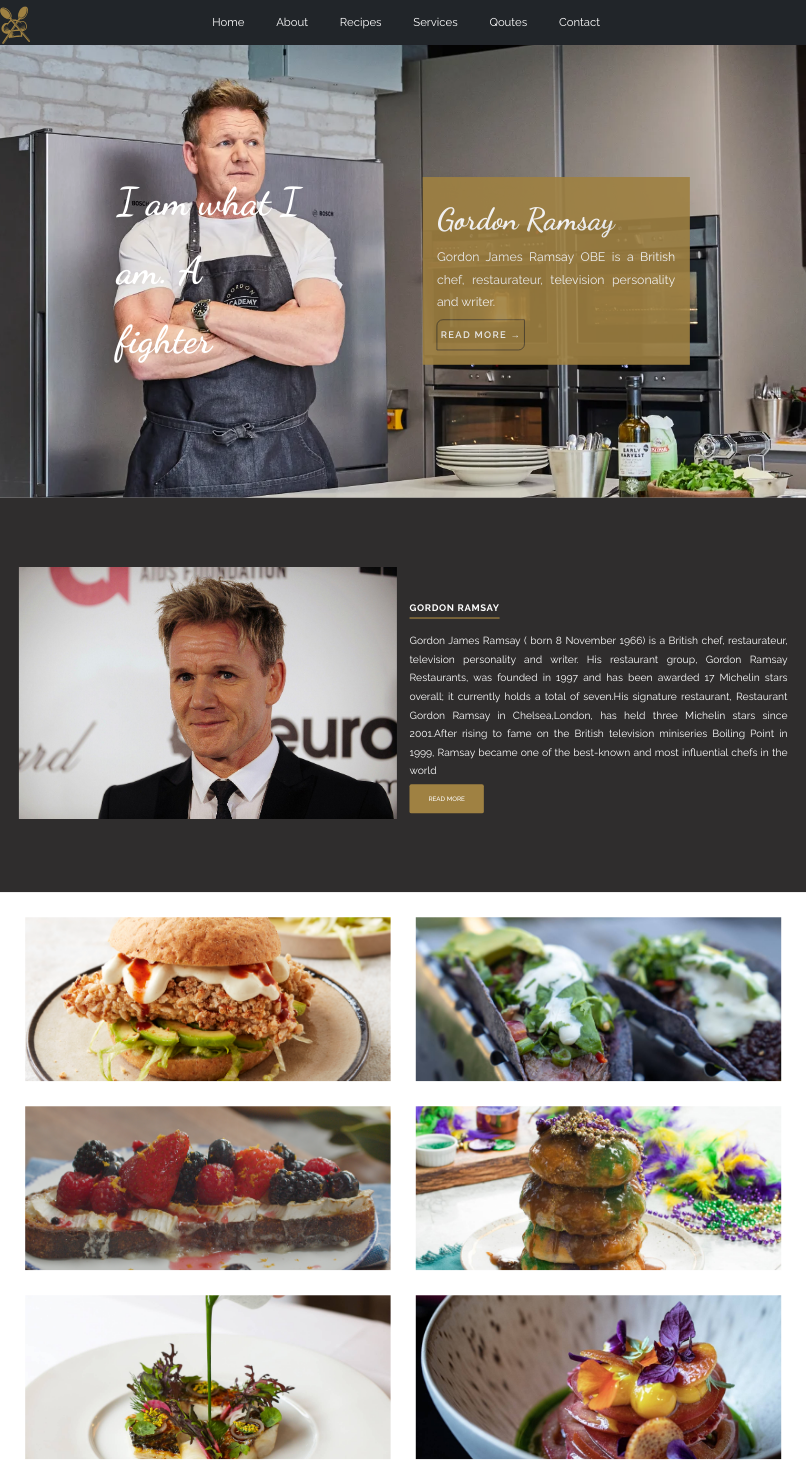
Repository: Esraa22M/Gordon-Ramsay-Biography
Page: index.html
These files come from the project's save history. The page is drawn as it stood at one moment and after the next save; the edit follows.
The browser window is 1280 px wide. The pictures show the whole page, at 63% of full size.
Backgrounds fixed to the window are drawn as part of the page. Some web libraries are served in a nearby version.

Above is the page before, as saved 2022-12-19 12:10:39.

### index.html
<!DOCTYPE html>
<html lang="en">

<head>
    <meta charset="UTF-8">
    <meta http-equiv="X-UA-Compatible" content="IE=edge">
    <meta name="viewport" content="width=device-width, initial-scale=1.0">
    <title>Gordon-Ramsay-Biography
    </title>
    <!-- google fonts -->
    <link rel="preconnect" href="https://fonts.googleapis.com">
    <link rel="preconnect" href="https://fonts.gstatic.com" crossorigin>
    <link
        href="https://fonts.googleapis.com/css2?family=Dancing+Script:wght@400;500;600;700&family=Raleway:ital,wght@0,100;0,200;0,300;0,400;0,500;0,600;0,700;0,800;0,900;1,100;1,200;1,300;1,400;1,500;1,600;1,700;1,800;1,900&display=swap"
        rel="stylesheet">
    <link href="https://fonts.googleapis.com/css2?family=Dancing+Script:wght@400;500;600;700&display=swap"
        rel="stylesheet">

    <!-- external style -->
    <link rel="stylesheet" href="style.css" />
    <!-- fontawsome -->
    <script src="https://kit.fontawesome.com/8684e53235.js" crossorigin="anonymous"></script>
    <!-- scripts -->
    <script src="main.js" defer></script>
</head>

<body>
    <!-- Asidebar Nav-->
    <!-- <aside id="aside-nav">
        <div class="aside--nav__content">
            <img src="./img/chef-logo.svg" alt="side Navbar logo" class="aside--nav__content__logo" loading="lazy">

            <nav class="aside-nav__content__nav" role="side nav">
                <ul class="aside--nav__content__nav--social">
                    <li><a href="#"><i class="fab fa-facebook-f"></i></a></li>
                    <li><a href="#"><i class="fab fa-twitter"></i></a></li>
                    <li><a href="#"><i class="fab fa-linkedin-in"></i></a></li>
                    <li><a href="#"><i class="fab fa-instagram"></i></a></li>
                    <li><a href="#"><i class="fab fa-dribbble"></i></a></li>
                    <li><a href="#"><i class="fa-brands fa-pinterest"></i></a></li>
                </ul>
            </nav>
        </div>
    </aside> -->
    <!-- Main Content -->
    <main>
        <header id="header">
            <div class="primary-nav-container">
                <img src="./img/chef-logo.svg" alt="side Navbar logo" class="aside--nav__content__logo" loading="lazy">

                <!-- hamburger icon -->
                <div class="header__primary-nav--hamburger">
                    <div class="line line-1"></div>
                    <div class="line line-2"></div>
                    <div class="line line-3"></div>
                </div>
                <!-- Primary Nav -->
                <nav id="header__primary-nav">

                    <ul class="header__primary-nav-links">
                        <li class="header__primary-nav-links--link-item"><a href="#"
                                class="header__primary-nav--nav-link">Home</a></li>
                        <li class="header__primary-nav-links--link-item"><a href="#"
                                class="header__primary-nav--nav-link">About</a></li>
                        <li class="header__primary-nav-links--link-item"><a href="#"
                                class="header__primary-nav--nav-link">Recipes</a></li>
                        <li class="header__primary-nav-links--link-item"><a href="#"
                                class="header__primary-nav--nav-link">Services</a></li>
                        <li class="header__primary-nav-links--link-item"><a href="#"
                                class="header__primary-nav--nav-link">Qoutes</a></li>
                        <li class="header__primary-nav-links--link-item"><a href="#"
                                class="header__primary-nav--nav-link">Contact</a></li>
                    </ul>
                </nav>
            </div>
        </header>
        <!-- hero section -->
        <section id="show-case">
            <h1 class="show-case__word">I am what I am. A fighter</h1>
            <div class="show-case__content">
                <h1 class="show-case__content-title"> Gordon Ramsay
                </h1>
                <p class="show-case__content--bio">Gordon James Ramsay OBE is a British chef,
                    restaurateur, television personality and
                    writer.
                </p>
                <a href="#" class="show-case__content--link">Read More &#8594
                </a>
            </div>
        </section>
        <!-- About me section -->
        <section id="about-chef">
            <div class="about-chef__img">
                <img src="./img/Dishes/aboutMe.jpg" alt="Gorden Ramzy" />
            </div>
            <div class="about-chef__content">
                <h2 class="about-chef__content--header"> Gordon Ramsay</h2>
                <p class="about-chef__content--description">Gordon James Ramsay ( born 8 November 1966) is a British
                    chef, restaurateur, television personality and writer. His restaurant group, Gordon Ramsay Restaurants, was founded in 1997 and has been awarded 17
                    Michelin stars overall; it currently holds a total of seven.His signature restaurant, Restaurant Gordon Ramsay in
                    Chelsea,London, has held three Michelin stars since 2001.After rising to fame on the British television
                    miniseries Boiling Point in 1999, Ramsay became one of the best-known and most influential chefs in the world</p>

                <a href="#" class="about-chef__content--link">Read More</a>
            </div>
        </section>
        <!-- work section -->
        <section id="work">
            <div class="work__card">
                <img src="./img/Dishes/California-fried-chicken-sandwich.png" alt="recipe" class="recipe__image"loading="lazy" />
                <section id="recipe">
                    <h2 class="recipe__name">CALIFORNIA ‘FRIED’ CHICKEN SANDWICH
                    </h2>
                    <p class="recipe__description">
                        Recipes extracted from Gordon Ramsay’s Ultimate Fit Food by Gordon Ramsay, published by Hodder &
                        Stoughton,
                    </p>
                </section>
            </div>
            <div class="work__card">
                <img src="./img/Dishes/CroppedFocusedImage.jpg" alt="recipe" class="recipe__image" loading="lazy" />
                <section id="recipe">
                    <h2 class="recipe__name">TEXAS HANGER STEAK TACOS WITH PICO DE GALLO FROM RAMSAY AROUND THE WORLD

                    </h2>
                    <p class="recipe__description">
                        Recipes extracted from Gordon Ramsay’s Ultimate Fit Food by Gordon Ramsay, published by Hodder &
                        Stoughton,
                    </p>
                </section>
            </div>
            <div class="work__card">
                <img src="./img/Dishes/FruitsCake.png" alt="recipe" class="recipe__image"loading="lazy" />
                <section id="recipe">
                    <h2 class="recipe__name">MELTED BRIE TOAST WITH MACERATED BERRIES


                    </h2>
                    <p class="recipe__description">
                        Recipes extracted from Gordon Ramsay’s Ultimate Fit Food by Gordon Ramsay, published by Hodder &
                        Stoughton,
                    </p>
                </section>
            </div>
            <div class="work__card">
                <img src="./img/Dishes/KingCake.jpg" alt="recipe" class="recipe__image"loading="lazy" />
                <section id="recipe">
                    <h2 class="recipe__name">MINI KING CAKE STACK WITH MAPLE PECAN GLAZE
                    </h2>
                    <p class="recipe__description">
                        Recipes extracted from Gordon Ramsay’s Ultimate Fit Food by Gordon Ramsay, published by Hodder &
                        Stoughton,
                    </p>
                </section>
            </div>
            <div class="work__card">
                <img src="./img/Dishes/Lean-MACHINE-chicken-skewers.jpg" alt="recipe" class="recipe__image"loading="lazy" />
                <section id="recipe">
                    <h2 class="recipe__name">PIMENTO DIP
                    </h2>
                    <p class="recipe__description">
                        Recipes extracted from Gordon Ramsay’s Ultimate Fit Food by Gordon Ramsay, published by Hodder &
                        Stoughton,
                    </p>
                </section>
            </div>
            <div class="work__card">
                <img src="./img/Dishes/Mushroomtoast.jpg" alt="recipe" class="recipe__image"loading="lazy" />
                <section id="recipe">
                    <h2 class="recipe__name">PUERTO RICAN STYLE STEAK SANDWICH FROM RAMSAY AROUND THE WORLD
                    </h2>
                    <p class="recipe__description">
                        Recipes extracted from Gordon Ramsay’s Ultimate Fit Food by Gordon Ramsay, published by Hodder &
                        Stoughton,
                    </p>
                </section>
            </div>
        </section>

    </main>
</body>

</html>

### style.css
*,
*::after,
*::before {
  box-sizing: border-box;
  margin: 0;
  padding: 0;
}
/* utility components */
:root {
  font-size: 62.5%;
  /* colors */
  --clr-neutral-200: rgb(47, 45, 45);
  --clr-neutral-100: #212529;
  --clr-light: #ffff;
  --clr-primary: rgb(159, 129, 66);
  --ff-primary: "Raleway", sans-serif;

  --ff-secondary: "Dancing Script", cursive;
}
body {
  font-family: var(--ff-primary);
  line-height: 1.8;
  display: flex;
  max-width: 100%;
}
ul {
  list-style: none;
}
p{
  white-space:normal;
}
:where(a:link),
:where(a:visited) {
  text-decoration: none;
  cursor: pointer;
  color: var(--clr-light);
}
/* -------------------Main Styling-------*/
/* ---side nav-- */
#aside-nav {
  position: sticky;
  /* top: 0; */
  /* left: 0; */
  z-index: 1100;
  background-color: lightgray;
  /* height: 100vh; */
}
.aside--nav__content {
  display: flex;
  justify-content: space-between;
  /* height: 100vh; */
  /* display: flex;
  flex-direction: column;
  justify-content: space-between;
  background-color: lightgray;
  align-items: center; */
}
.aside-nav__content__nav {
  display: flex;
  flex: 1;
}
.aside-nav__content__nav ul {
  /* height: 100%; */
  display: flex;
  width: 100%;
  justify-content: space-evenly;
  align-items: center;
}
.aside--nav__content__logo {
  margin-top: 1rem;
  height: calc(3vw + 3vh);
  object-fit: cover;
}
/* Main content */
main {
  flex: 1;
}
/* ---Primary Nav ---*/
header#header {
  background-color: var(--clr-neutral-100);
  width: 100%;
  position: sticky;
  top: 0;
  z-index: 1000;
  right: 0;
}
.primary-nav-container {
  display: flex;
  align-items: center;
  justify-content: space-between;
}
@media screen and (min-width: 900px) {
  .navbar__scroll--style {
    background-color: var(--clr-light);
  }
  .navbar__scroll--style-link {
  color: var(--clr-neutral-100);
}
}


:where(#header__primary-nav) {
  height: calc(3vw + 3vh);
  width: 100%;
}
.header__primary-nav-links {
  display: flex;
  height: 100%;
  justify-content: center;
  align-items: center;
}
.header__primary-nav-links .header__primary-nav-links--link-item {
  padding-right: 3vw;
}
.header__primary-nav--nav-link {
  font-size: 1.8rem;
  text-transform: capitalize;
  position: relative;
  padding: 0.2rem 0.6rem;
}
.header__primary-nav--nav-link:link::before,
.header__primary-nav--nav-link:visited::before,
.header__primary-nav--nav-link:link::after,
.header__primary-nav--nav-link:visited::after {
  content: "";
  position: absolute;
  left: 0;
  width: 100%;
  height: 0.25rem;
  background-color: var(--clr-primary);
  transform: scaleX(0);
  transition: transform 0.6s cubic-bezier(1, 0, 0, 1);
}
.header__primary-nav--nav-link:link::before,
.header__primary-nav--nav-link:visited::before {
  top: 0;
  transform-origin: right;
}
.header__primary-nav--nav-link:link::after,
.header__primary-nav--nav-link:visited::after {
  bottom: 0;
  transform-origin: left;
}
.header__primary-nav--nav-link:hover::before,
.header__primary-nav--nav-link:active::before,
.header__primary-nav--nav-link:hover::after,
.header__primary-nav--nav-link:active::after {
  transform: scaleX(1);
}
/*-------------showcase section---------------*/
section#show-case {
  background-image: url("./img/GRA_Gordon_010921.webp");
  background-size: cover;
  object-fit: cover;
  background-attachment: fixed;
  background-position: 20%;
  height: 100vh;
  color: var(--clr-light);
  display: flex;
  justify-content: space-evenly;
  padding: 5rem 0;
  align-items: center;
}
.show-case__content {
  background-color: var(--clr-primary);
  opacity: 0.9;
  padding: calc(1rem + 1vw);
  min-height: calc(4rem + 20vmax);
  width: calc(4rem + 30vmax);
  display: flex;
  flex-direction: column;
  justify-content: space-between;
  animation: hero 2s ease-in-out;
}
@keyframes hero {
  0% {
    transform: translateX(-60rem) rotate(369deg);
    opacity: 0;
  }
  100% {
    transform: translateX(0);
    opacity: 1;
  }
}
.show-case__word {
  width: 30rem;
  font-size: calc(1rem + 4vw);
}
.show-case__content-title {
  font-size: calc(1rem + 3vw);
}
.show-case__content-title,
.show-case__word {
  font-family: var(--ff-secondary);
}
.show-case__content--bio {
  font-size: calc(1rem + 0.75vw);
  text-align: justify;
}
.show-case__content--link:visited,
.show-case__content--link:link {
  padding: 1rem 0;
  transition: all 0.5s ease-in-out;
  width: 14rem;
  text-align: center;
  margin-top: 1rem;

  text-transform: uppercase;
  font-size: 1.5rem;
  position: relative;
  border: 1px solid var(--clr-neutral-200);
  border-bottom-right-radius: 1rem 1rem;
  border-top-left-radius: 1rem 1rem;
  font-weight: 600;
  letter-spacing: 0.2rem;
}
.show-case__content--link:visited::after,
.show-case__content--link:link::after {
  content: "";
  position: absolute;
  z-index: -2;
  inset: 0;
  background-color: var(--clr-neutral-200);
  transform: scaleX(0);
  transform-origin: right;
  transition: transform 0.4s;
}
.show-case__content--link:visited:hover,
.show-case__content--link:link:hover {
  border-radius: unset;
  border: unset;
}
.show-case__content--link:hover::after,
.show-case__content--link:active::after {
  transform: scaleX(1);
  transform-origin: left;
}

/* work section */
section#work {
  display: flex;
  align-items: center;
  flex-wrap: wrap;
  cursor: pointer;
  justify-content: center;
  padding: 2rem;
}
div.work__card {
  padding: 2rem;
  display: flex;
  flex-direction: column;
  justify-content: center;
  flex-grow: 1;
  flex-basis: 48rem;
  flex-wrap: wrap;
  height: 30rem;
}
div.work__card img {
  width: 100%;
  height: 100%;
  object-fit: cover;
  transition: all 0.5s ease-in-out;
}
.hide-img {
  /* display: none; */
  opacity: 0;
  transform: scale(0);
  display: none;
}
/*recipe*/
:where(#recipe) {
  width: 100%;
  height: 100%;
  display: none;
  transform: scale(0);
  transition: all 0.5s ease-in-out;
  border: 1px solid var(--clr-primary);
}
.show-recipe {
  display: flex;
  flex-direction: column;
  justify-content: center;
  transform: scale(1);
}
#recipe > * {
  font-weight: 400;
  font-family: var(--ff-primary);
  letter-spacing: 0.2px;
  text-align: left;
  padding: 0.5em;
}
.recipe__name {
  border-bottom: 2px solid var(--clr-primary);

  font-size: 3rem;
  text-transform: uppercase;
  line-height: 4rem;
}
.recipe__description {
  font-size: 2em;
}
/* ---About Chef---- */
section#about-chef {
  display: flex;
  justify-content: space-around;
  align-items: center;
  flex-wrap: wrap;
  padding: 10rem 2rem;
  color: var(--clr-light);
  background-color: var(--clr-neutral-200);
}
.about-chef__img,
.about-chef__content {
  flex-basis: 60rem;
  flex-grow: 1;
  padding: 1rem;
}
.about-chef__img img {
  max-width: 100%;
  height: 100%;
  object-fit: cover;
}
.about-chef__content--header {
  text-transform: uppercase;
  position: relative;
  width: fit-content;
  letter-spacing: 0.1rem;
  margin: 2rem 0;
  padding: 0.25em 0;
  flex-grow: 0;
  font-size: var(2rem + 4vw);
}
.about-chef__content--header::after {
  content: "";
  position: absolute;
  width: 100%;
  bottom: 0;
  left: 0;
  height: 0.25rem;
  background-color: var(--clr-primary);
}
.about-chef__content--description {
  font-size: calc(1rem + 0.5vw);
  margin-bottom: 2rem;
  text-align: justify;
}
.about-chef__content--link:link,
.about-chef__content--link:visited {
  background-color: var(--clr-primary);
  line-height: 1.9;
  margin-top: 1em;
  padding: 1.75em 3em;
  font-size: 1rem;
  font-weight: 500;
  text-transform: uppercase;
  border-radius: 0.3em;
  transform: all 0.5s;

  transition-timing-function: linear;
}
.about-chef__content--link:link:hover,
.about-chef__content--link:visited:hover {
  background-color: var(--clr-neutral-200);
  border: 1px solid var(--clr-primary);
}

@media screen and (max-width: 950px) {
  /* aside */
  body {
    flex-direction: column-reverse;
  }
  /*showcase section**/
  section#show-case {
    background-image: url(./img/GRA_Gordon.png);
    justify-content: space-evenly;
    align-items: flex-end;
    flex-direction: column;
    background-position: 10%;
  }
  .show-case__content,
  .show-case__word {
    width: 50%;
    margin-right: 1rem;
  }
}
/* max width (610px) */
@media screen and (max-width: 610px) {
  .primary-nav-container {
    position: relative;
  }
  :where(#header__primary-nav) {
    width: 30rem;
    height: 100%;
    position: fixed;
    background-color: var(--clr-neutral-200);
    top: 0;
    right: 0;
    z-index: 100;
    opacity: 0;
    text-align: center;
  }
  .main__nav--position {
    opacity: 1;
  }

  .header__primary-nav-links {
    flex-direction: column;
    background-color: var(--clr-primary);
    color: var(--clr-light);
    align-items: flex-start;
  }
  .header__primary-nav--nav-link:link::before,
  .header__primary-nav--nav-link:visited::before{
    margin-top: -1rem;
  }
  .header__primary-nav--nav-link:link::after,
  .header__primary-nav--nav-link:visited::after{
    margin-bottom: -1rem;
  }
  .header__primary-nav--nav-link:link::before,
  .header__primary-nav--nav-link:visited::before,
  .header__primary-nav--nav-link:link::after,
  .header__primary-nav--nav-link:visited::after {
    background-color: var(--clr-neutral-200);
  }
  /* aside */
  .aside--nav__content__nav--social a i {
    font-size: calc(1rem + 2vw);
  }
  /* .header__primary-nav-links::after {
    content: "";
    position: absolute;
    height: 50%;
    width: 50%;
    opacity: 0.8;
    z-index: -1;
    border-radius: 10px 5% / 20px 25em 30px 35em;

    background-color: var(--clr-neutral-100);
    box-shadow: 0 0 0.3rem 0.1rem var(--clr-primary);
    left: 2rem;
  } */
  .primary-nav-container {
    padding: 1.5rem 1rem;
  }

  .header__primary-nav-links :where(.header__primary-nav-links--link-item) {
    margin-bottom: 4vh;
    margin-left: 6vw;
    opacity: 0;
  }

  .header__primary-nav--hamburger {
    width: 5rem;
    height: 5rem;
    position: fixed;
    z-index: 200;
    top: 2rem;
    right: 3rem;
    background-color: var(--clr-primary);
    cursor: pointer;
    border-radius: 50%;
    padding: 1rem;
    display: flex;
    flex-direction: column;
    justify-content: space-around;
  }
  .line {
    width: 100%;
    height: 0.3rem;
    background-color: var(--clr-light);
    border-radius: 0.2rem;
    transition: all 0.4s ease-in-out;
  }
  .primary-nav-container[aria-expanded="true"] .line-1 {
    transform: rotateZ(-405deg) translate(-1.25rem);
  }
  .primary-nav-container[aria-expanded="true"] .line-2 {
    opacity: 0;
  }
  .primary-nav-container[aria-expanded="true"] .line-3 {
    transform: rotateZ(45deg) translate(-1.5rem);
  }
  .fade {
    opacity: 1;
  }
  section#show-case {
    background-position: 10%;
    align-items: center;
  }
  .show-case__content,
  .show-case__word {
    width: 80%;
  }
}

### main.js
"use strict";
/*----------primary nav------------*/
const mainNavContainer = document.querySelector(".primary-nav-container");
const hamburgerContainer = document.querySelector("#header__primary-nav");
const hamburger = document.querySelector(".header__primary-nav--hamburger");
const links = document.querySelectorAll(".header__primary-nav-links li");
let handleMainNavbarExpantion = function () {
  hamburgerContainer.classList.contains("main__nav--position")
    ? mainNavContainer.setAttribute("aria-expanded", false)
    : mainNavContainer.setAttribute("aria-expanded", true);
  hamburgerContainer.classList.toggle("main__nav--position");
  links.forEach((link, i) => {
    link.style.transition = `all 0.5s ease-in-out ${i * 0.2 + 0.2}s`;
    link.classList.toggle("fade");
  });
};
hamburger.addEventListener("click", handleMainNavbarExpantion);
///////////////////////////////////////
// Button scrolling
const readMoreButton = document.querySelector(".show-case__content--link");
const aboutChefSection = document.querySelector("#about-chef");
readMoreButton.addEventListener("click", function (e) {
  e.preventDefault();
  aboutChefSection.scrollIntoView({
    behavior: "smooth",
  });
});
////////////////////////////////////////////
/////Sticky Navbar scrolling behaviour///
const showCase = document.querySelector("#show-case");
const headerPrimaryNav = document.querySelector("#header__primary-nav");
const headerPrimaryNavLink = document.querySelectorAll(
  ".header__primary-nav--nav-link"
);
const stuckyObserverCallBack = function (enteries, observer) {
  const [entry] = enteries;
  //.navbar__scroll--style
  if (!entry.isIntersecting) {
    headerPrimaryNav.classList.add("navbar__scroll--style");
    headerPrimaryNavLink.forEach((link) =>
      link.classList.add("navbar__scroll--style-link")
    );
  } else {
    headerPrimaryNav.classList.remove("navbar__scroll--style");
    headerPrimaryNavLink.forEach((link) =>
      link.classList.remove("navbar__scroll--style-link")
    );
  }
};
const observerOptions = {
  root: null,
  threshold: 0.1,

};
const observer = new IntersectionObserver(
  stuckyObserverCallBack,
  observerOptions
);
observer.observe(showCase);
/* handling tabs */
const tabs = document.querySelectorAll(".recipe__image");
/*tabs container */
const work = document.querySelector("#work");

work.addEventListener('click' , function(e){
  const clicked = e.target;
  if(clicked.classList.value==='recipe__image'){
    clicked.classList.add("hide-img");
    clicked.nextElementSibling.classList.add("show-recipe");
  }
})

Loaded but not shown: img/chef-logo.svg (8 lines, source omitted)

After the next save:
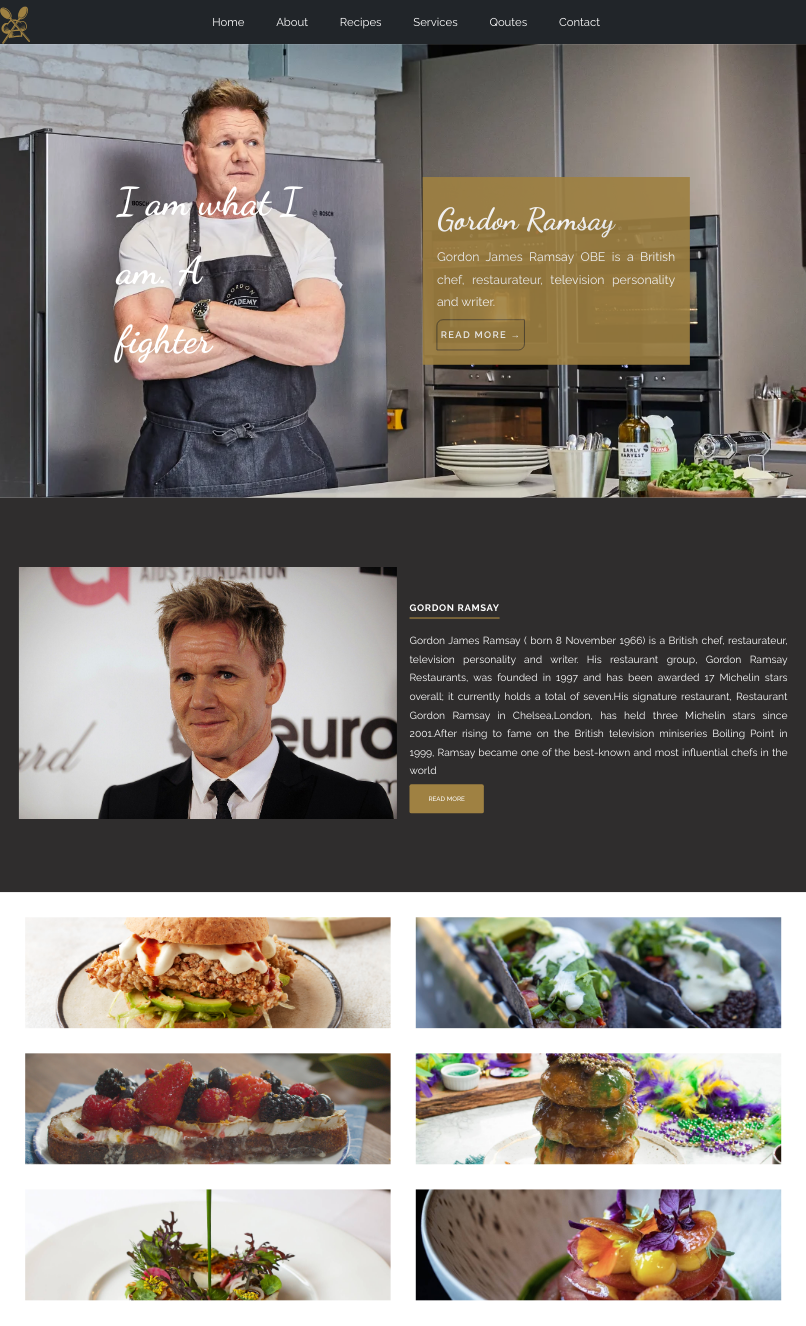
Saved 62 s later.
--- a/style.css
+++ b/style.css
@@ -252,8 +252,7 @@
   justify-content: center;
   flex-grow: 1;
   flex-basis: 48rem;
-  flex-wrap: wrap;
-  height: 30rem;
+  height: 30vh;
 }
 div.work__card img {
   width: 100%;
